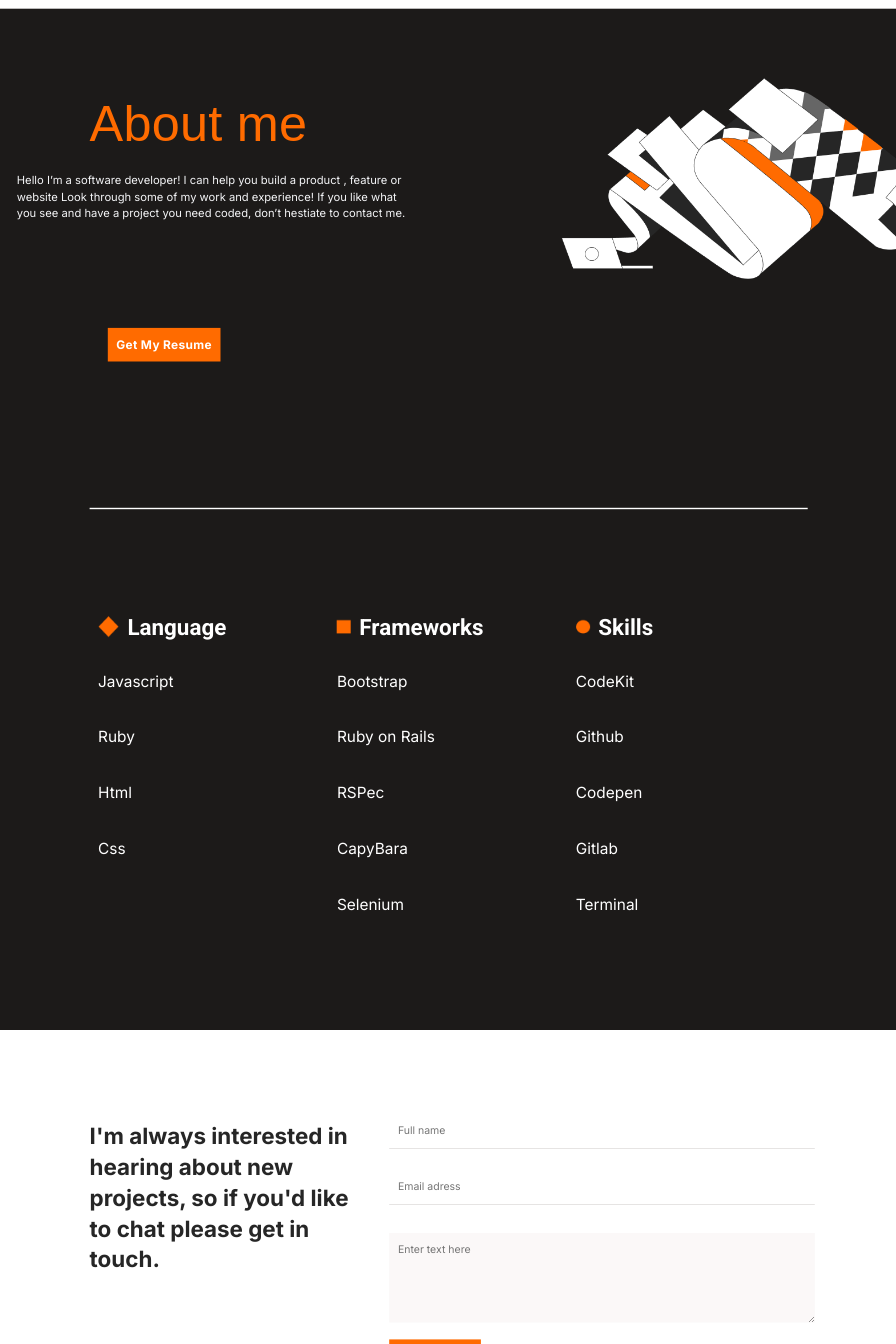
Repository: camilevahviraki/Portfolio
Page: index.html
An editor plug-in stored every save of this project. The page is shown before and after the next save, followed by the edit.
The browser window is 1280 px wide. The pictures show the part of the page from y = 2778 to 4698 px (the page is 4941 px tall before and 4965 px after), at 70% of full size.
A picture or video elsewhere on the page could not be fetched, so the positions and the page height are approximate. Some web fonts or font styles are not loaded; a fallback is used.

Above is the page before, as saved 2022-03-25 12:34:21.

After the next save:
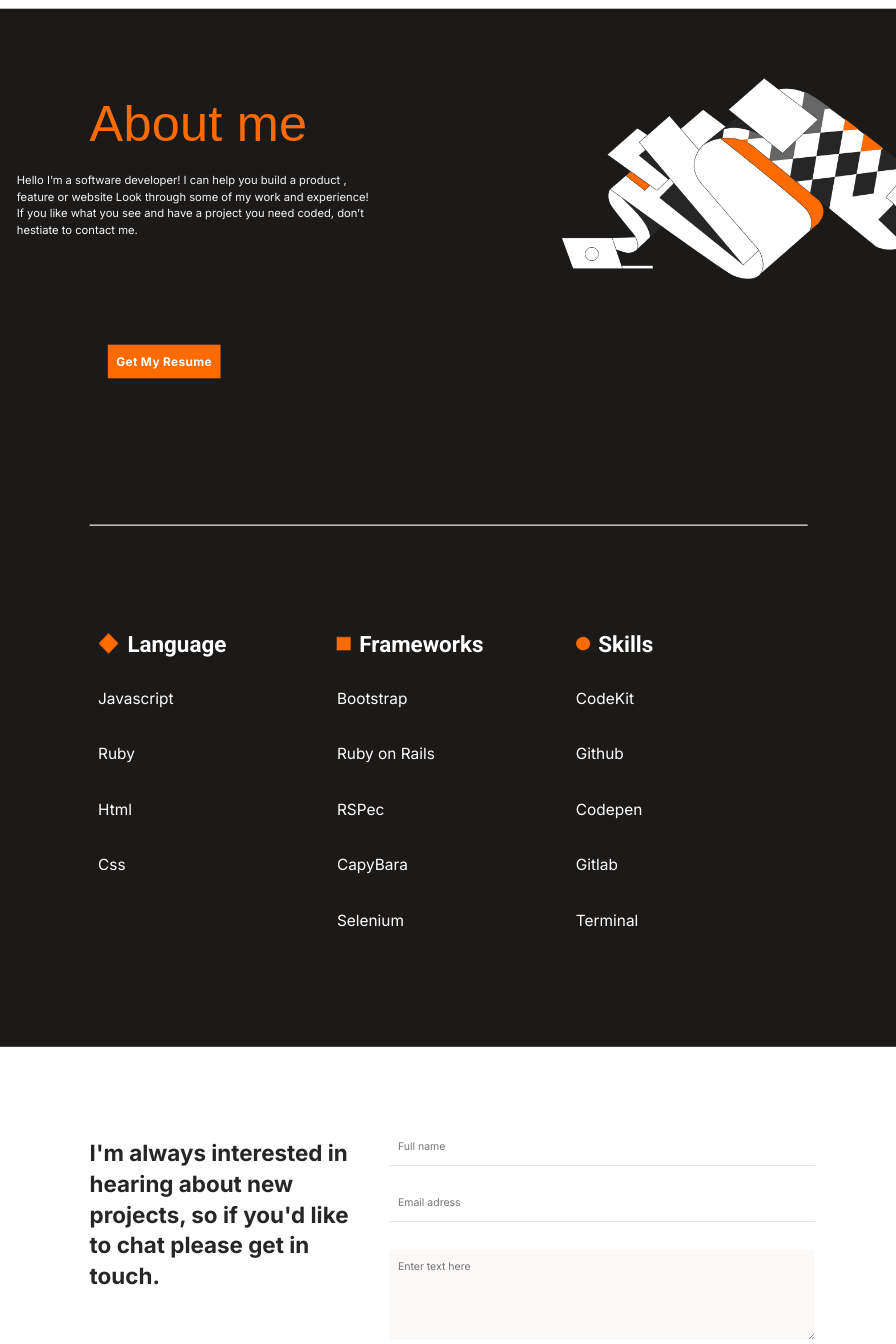
Saved 46 s later.
--- a/style_desktop.css
+++ b/style_desktop.css
@@ -431,7 +431,7 @@ h3 {
 }
 
 .p_4 {
-  width: 566px;
+  width: calc(100vw * 0.393);
   font-family: "Inter", Arial, Helvetica, sans-serif;
   font-style: normal;
   font-weight: 400;
